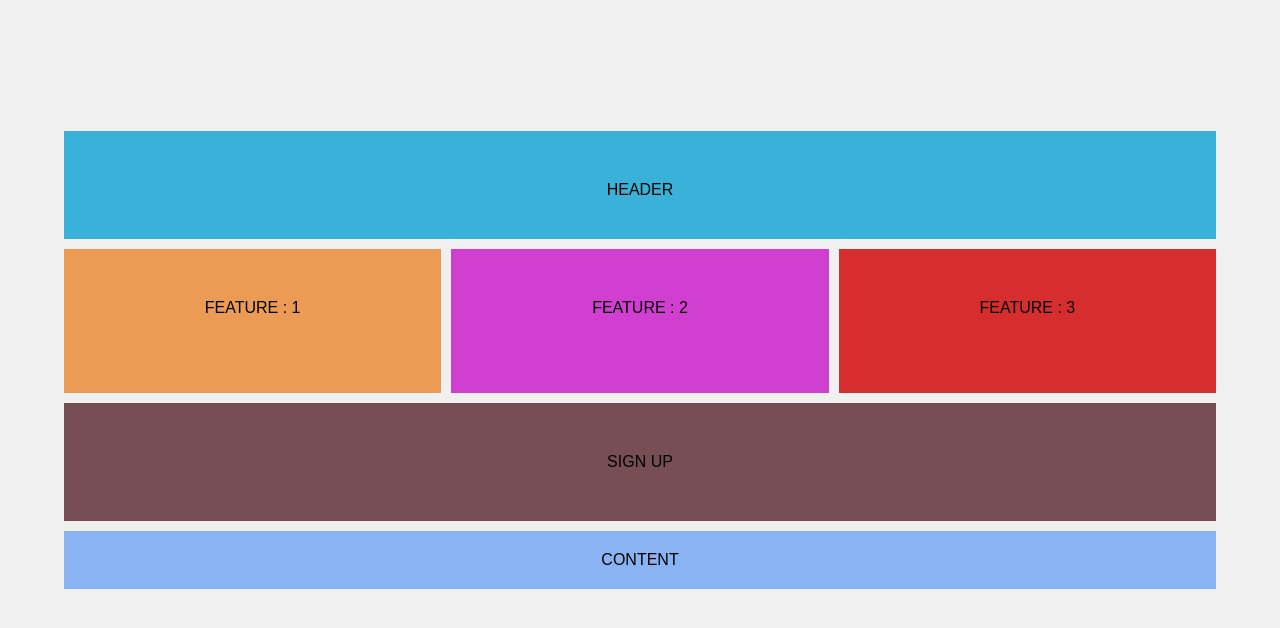
Repository: viveknaidu007/repo-152-FSD-InnomaticsTasksSep2024
Page: task_3/index.html
The author's editor kept a copy of each file at every save. The page is drawn from the files as they stood at one save, then again after the next save.
The browser window is 1280 px wide. The pictures show the whole page.

Above is the page before, as saved 2024-10-02 11:50:52.

### task_3/index.html
<!DOCTYPE html>
<html lang="en">
<head>
  <meta charset="UTF-8">
  <meta name="viewport" content="width=device-width, initial-scale=1.0">
  <title>Responsive Layout project</title>
  <link rel="stylesheet" href="styles.css">
</head>
<body>
  <div class="container">
    <header class="header">HEADER</header>
    <div class="content">CONTENT</div>
    <div class="signup">SIGN UP</div>
    <div class="feature1">FEATURE : 1</div>
    <div class="feature2">FEATURE : 2</div>
    <div class="feature3">FEATURE : 3</div>
  </div>
</body>
</html>

### task_3/styles.css
* {
    margin: 0;
    padding: 0;
    box-sizing: border-box;
  }

  body {
    font-family: Arial, sans-serif;
    display: flex;
    justify-content: center;
    align-items: center;
    height: 100vh;
    background-color: #f0f0f0;
  }

  .header {
    grid-area: header;
    background-color: #3ab1d9;
    text-align: center;
    padding: 50px;
    position: static;
    height: 15vh;
  }

  .content {
    grid-area: content;
    background-color: #89b3f3;
    text-align: center;
    padding: 20px;
  }

  .signup {
    grid-area: signup;
    background-color: #764e54;
    text-align: center;
    padding: 50px;
    text-decoration: solid;
  }


  .feature1 {
    background-color: #ec9b55;
    height:20vh;
    text-align: center;
    padding: 50px;
  }

  .feature2 {
    background-color: #d03fd0;
    height:20vh;
    padding: 50px;
    text-align: center;
  }

  .feature3 {
    background-color: #d62e2e;
    padding: 50px;
    text-align: center;
  }


  .container {
    display: grid;
    grid-template-areas:
      "header"
      "content"
      "signup"
      "feature1"
      "feature2"
      "feature3";
    grid-template-columns: 1fr;
    gap: 10px;
    width: 90%;
    max-width: 1200px;
  }


  @media(min-width: 768px) {
    .container {
      grid-template-areas:
        "header header"
        "content content"
        "signup feature1"
        "feature2 feature3";
      grid-template-columns: 1fr 1fr;
    }
  }

  @media(min-width: 1024px) {
    .container {
      grid-template-areas:
        "header header header"
        "feature1 feature2 feature3"
        "signup signup signup"
        "content content content";
      grid-template-columns: repeat(3, 1fr);
    }
  }

After the next save:
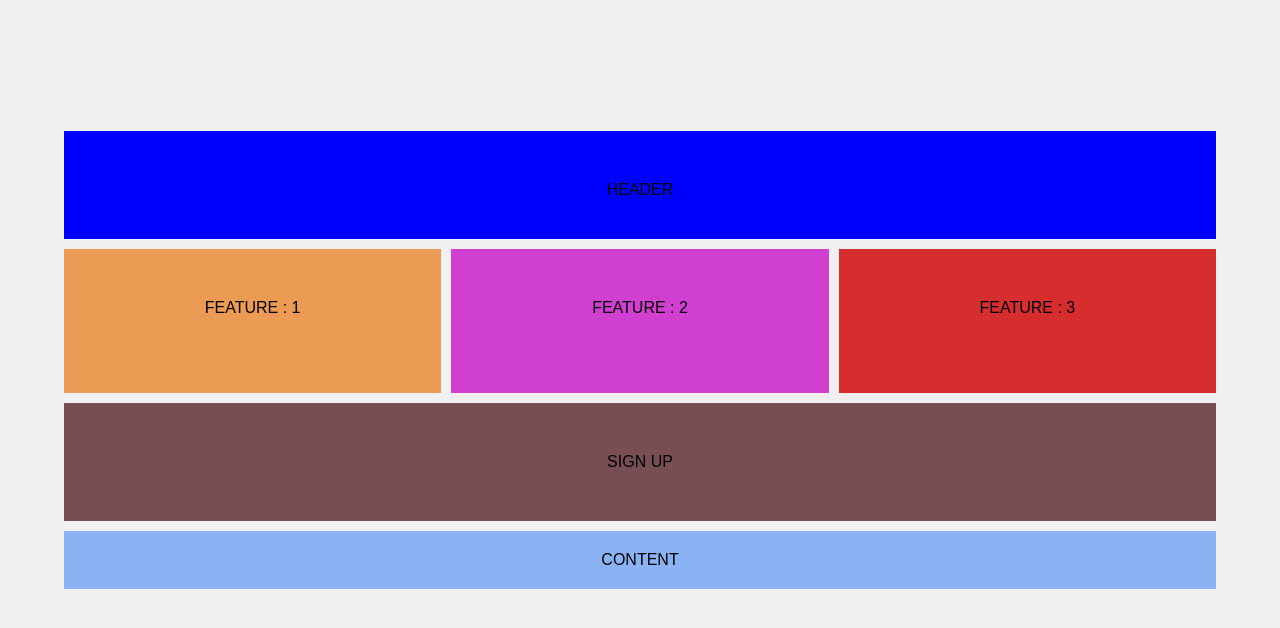
Saved 24 s later.
--- a/task_3/styles.css
+++ b/task_3/styles.css
@@ -15,7 +15,7 @@
 
   .header {
     grid-area: header;
-    background-color: #3ab1d9;
+    background-color: blue;
     text-align: center;
     padding: 50px;
     position: static;
